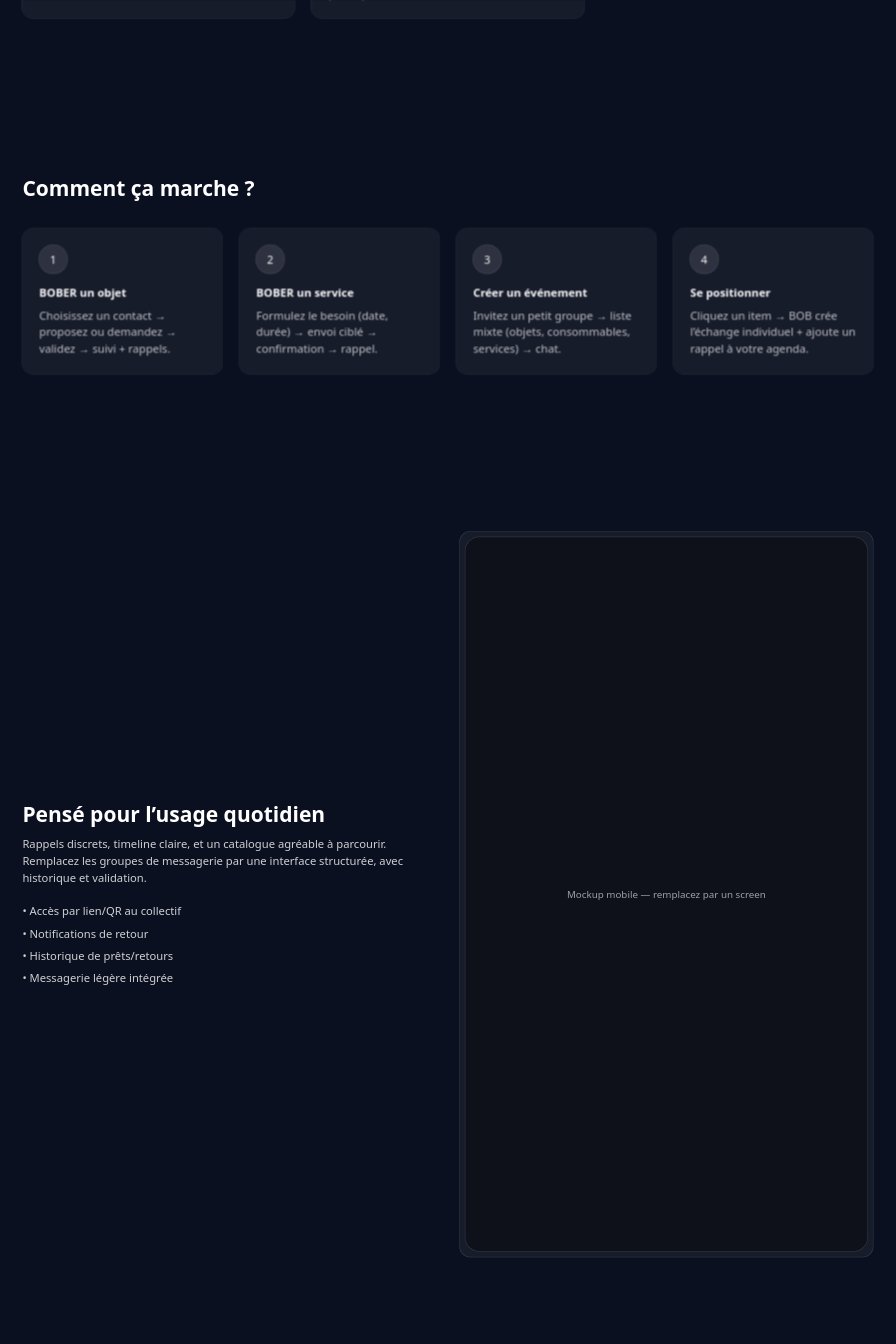
Repository: JeanCharlesMEILLAND/new-bob
Page: /
An editor plug-in stored every save of this project. The page is shown before and after the next save, followed by the edit.
The browser window is 1280 px wide. The pictures show the part of the page from y = 1189 to 3109 px (the page is 4640 px tall before and 5241 px after), at 70% of full size.
The page's requests for data from a server got no answer. The project was rebuilt for these pictures with package versions that can differ from the ones it lists, and the page was loaded fresh each time. The framework's server and built-in components were replaced by stand-ins that run in the browser. No one was signed in, and anything a server would have sent is missing. Also part of the build but not shown: next.config.ts.

Above is the page before, as saved 2025-08-12 01:15:49.

### src/app/layout.tsx
import type { Metadata } from 'next'
import './globals.css'
import { inter, jakarta } from './fonts'
import Navbar from '@/components/Navbar'
import Footer from '@/components/Footer'
import Analytics from '@/components/Analytics'

const name = process.env.NEXT_PUBLIC_SITE_NAME || 'Bob App'
const baseUrl = process.env.NEXT_PUBLIC_SITE_URL || 'https://www.bobapp.fr'

export const metadata: Metadata = {
  metadataBase: new URL(baseUrl),
  title: `${name} — Partagez & empruntez simplement`,
  description:
    'Bob App permet à vos communautés de partager et emprunter des objets en toute simplicité, avec rappels et historique. Faites circuler les objets, pas l’argent.',
  alternates: { canonical: '/' },
  openGraph: {
    title: `${name} — Partagez & empruntez simplement`,
    description:
      'Faites circuler les objets, pas l’argent. Bob App facilite le prêt et l’emprunt au sein de vos collectifs.',
    url: baseUrl,
    siteName: name,
    images: ['/api/og'],
    type: 'website',
  },
  twitter: {
    card: 'summary_large_image',
    title: `${name} — Partagez & empruntez simplement`,
    description: 'Faites circuler les objets, pas l’argent.',
    images: ['/api/og'],
  },
  robots: { index: true, follow: true },
}

export default function RootLayout({ children }: { children: React.ReactNode }) {
  return (
    <html lang="fr" className={`${inter.variable} ${jakarta.variable}`}>
      <body className="min-h-screen bg-[--bg] text-[--fg] antialiased">
        <Navbar />
        <main>{children}</main>
        <Footer />
        <Analytics />
      </body>
    </html>
  )
}

### src/app/page.tsx
import Hero from '@/components/sections/Hero'
import Features from '@/components/sections/Features'
import HowItWorks from '@/components/sections/HowItWorks'
import Showcase from '@/components/sections/Showcase'
import Testimonials from '@/components/sections/Testimonials'
import Pricing from '@/components/sections/Pricing'
import CTA from '@/components/sections/CTA'

export default function Page() {
  return (
    <>
      <Hero />
      <Features />
      <HowItWorks />
      <Showcase />
      <Testimonials />
      <Pricing />
      <CTA />
    </>
  )
}

### src/app/globals.css
@import "tailwindcss";

:root {
  --bg: #0b1020;
  --fg: #ffffff;
}

html, body {
  scroll-behavior: smooth;
  background: var(--bg);
  color: var(--fg);
}

/* === Tokens Tailwind v4 pour tes classes custom === */
@theme {
  /* Colors */
  --color-ink: #0f172a;
  --color-brand-50:  #f3f7ff;
  --color-brand-100: #e8efff;
  --color-brand-200: #cfe0ff;
  --color-brand-300: #a6c2ff;
  --color-brand-400: #7ba1ff;
  --color-brand-500: #4b7bff;
  --color-brand-600: #2f5df3;
  --color-brand-700: #2549c6;
  --color-brand-800: #1f3ca0;
  --color-brand-900: #1e367f;

  /* Radius */
  --radius-xl2: 1.25rem; /* => rounded-xl2 */

  /* Shadows */
  --shadow-glow: 0 0 0 2px rgba(255,255,255,0.08),
                 0 10px 40px rgba(75,123,255,0.25); /* => shadow-glow */
}
.container-gutter {
  @apply mx-auto max-w-7xl px-6 md:px-8;
}

.section {
  @apply py-20 md:py-28;
}

.card {
  @apply rounded-2xl bg-white/5 ring-1 ring-white/10 backdrop-blur;
}

.gradient-text {
  background: linear-gradient(90deg, #4b7bff 0%, #22c55e 100%);
  -webkit-background-clip: text;
  -webkit-text-fill-color: transparent;
  background-clip: text;
  color: transparent;
}

.bg-grid {
  background-image: linear-gradient(to right, rgba(255,255,255,0.06) 1px, transparent 1px),
    linear-gradient(to bottom, rgba(255,255,255,0.06) 1px, transparent 1px);
  background-size: 24px 24px;
}

*:focus-visible {
  outline: 2px solid rgba(75,123,255,0.9);
  outline-offset: 2px;
}

### src/app/fonts.ts
import { Inter, Plus_Jakarta_Sans } from 'next/font/google'

export const inter = Inter({
  subsets: ['latin'],
  variable: '--font-inter',
  display: 'swap',
})

export const jakarta = Plus_Jakarta_Sans({
  subsets: ['latin'],
  variable: '--font-jakarta',
  display: 'swap',
})

### src/components/Navbar.tsx
'use client'

import Link from 'next/link'
import Container from './ui/Container'
import Logo from './Logo'
import Button from './ui/Button'
import { useState, useEffect } from 'react'
import { clsx } from 'clsx'

export default function Navbar() {
  const [scrolled, setScrolled] = useState(false)

  useEffect(() => {
    const onScroll = () => setScrolled(window.scrollY > 20)
    onScroll()
    window.addEventListener('scroll', onScroll)
    return () => window.removeEventListener('scroll', onScroll)
  }, [])

  return (
    <header
      className={clsx(
        'fixed inset-x-0 top-0 z-50 transition-all',
        scrolled ? 'bg-black/50 backdrop-blur ring-1 ring-white/10' : 'bg-transparent'
      )}
    >
      <Container className="flex items-center justify-between py-4">
        <Link href="/" className="flex items-center gap-2" aria-label="Accueil Bob App">
          <Logo />
          <span className="sr-only">Bob App</span>
        </Link>

        <nav aria-label="Navigation principale" className="hidden md:flex items-center gap-6 text-sm text-white/80">
          <a href="#features" className="hover:text-white">Fonctionnalités</a>
          <a href="#how" className="hover:text-white">Comment ça marche</a>
          <a href="#pricing" className="hover:text-white">Tarifs</a>
          <a href="#faq" className="hover:text-white">FAQ</a>
        </nav>

        <div className="flex items-center gap-3">
          <Button href="#waitlist" variant="primary" size="sm" className="hidden md:inline-flex">
            Rejoindre la liste d’attente
          </Button>
        </div>
      </Container>
    </header>
  )
}

### src/components/Footer.tsx
import Container from './ui/Container'

export default function Footer() {
  return (
    <footer className="border-t border-white/10 py-10 text-sm">
      <Container className="flex flex-col md:flex-row items-center justify-between gap-6 text-white/60">
        <p>© {new Date().getFullYear()} Bob App — Tous droits réservés.</p>
        <div className="flex items-center gap-6">
          <a href="/legal/terms" className="hover:text-white/90">CGU</a>
          <a href="/legal/privacy" className="hover:text-white/90">Vie privée</a>
          <a href="mailto:hello@bobapp.fr" className="hover:text-white/90">Contact</a>
        </div>
      </Container>
    </footer>
  )
}

### src/components/Analytics.tsx
'use client'

import Script from 'next/script'

export default function Analytics() {
  const gaId = process.env.NEXT_PUBLIC_GA_ID
  if (!gaId) return null

  return (
    <>
      <Script
        src={`https://www.googletagmanager.com/gtag/js?id=${gaId}`}
        strategy="afterInteractive"
      />
      <Script id="ga" strategy="afterInteractive">
        {`
        window.dataLayer = window.dataLayer || [];
        function gtag(){dataLayer.push(arguments);}
        gtag('js', new Date());
        gtag('config', '${gaId}');
        `}
      </Script>
    </>
  )
}

### src/components/sections/Hero.tsx
// components/sections/Hero.tsx
import Button from '@/components/ui/Button'
import Container from '@/components/ui/Container'

export default function Hero() {
  return (
    <section className="relative section pt-36">
      <div className="absolute inset-0 -z-10 bg-hero-radial bg-no-repeat opacity-70" />
      <div className="absolute inset-0 -z-20 bg-grid opacity-[0.25] [mask-image:radial-gradient(circle at center,black,transparent_70%)]" />
      <Container className="text-center">
        <div className="inline-flex items-center gap-2 rounded-full border border-white/10 bg-white/5 px-3 py-1 text-xs text-white/80">
          Échanges privés entre proches — objets & services
        </div>
        <h1 className="mt-6 text-5xl font-extrabold tracking-tight sm:text-6xl">
          BOBER&nbsp;: <span className="gradient-text">proposer</span> ou <span className="gradient-text">demander</span> en privé.
        </h1>
        <p className="mx-auto mt-6 max-w-2xl text-lg text-white/80">
          Gérez vos prêts d’<strong className="text-white">objets</strong>, vos <strong className="text-white">coups de main</strong> et vos <strong className="text-white">événements</strong> en cercle rapproché.
          Invitations ciblées, messagerie intégrée, rappels automatiques, historique clair.
        </p>
        <div className="mt-8 flex flex-wrap items-center justify-center gap-3">
          <Button href="#waitlist" variant="primary" size="lg">Essayer BOB</Button>
          <Button href="#features" variant="ghost" size="lg" className="underline-offset-4">Voir comment ça marche</Button>
        </div>
      </Container>
    </section>
  )
}

### src/components/sections/Features.tsx
// components/sections/Features.tsx
import Container from '@/components/ui/Container'

const FEATURES = [
  { title: 'BOBER des objets', desc: 'Proposer ou demander un objet à une personne précise. Historique automatique.' },
  { title: 'BOBER des services', desc: 'Proposer son aide (bricolage, jardinage…) ou demander un coup de main ciblé.' },
  { title: 'Événements privés', desc: 'Liste mixte : objets à utiliser/à rendre, consommables à apporter, services ponctuels.' },
  { title: 'Invitations ciblées', desc: 'Invitez 5, 10 ou 20 contacts. Positionnement en un clic : chacun prend un item.' },
  { title: 'Messagerie intégrée', desc: 'Conversation 1-to-1 et chat d’événement pour coordonner rapidement.' },
  { title: 'Rappels & suivi', desc: 'Rappels automatiques bidirectionnels, agenda, historique des échanges.' },
  { title: '100% privé', desc: 'Pas de catalogue public. Vos échanges restent entre vos contacts.' },
  { title: 'Bobies (optionnel)', desc: 'Points d’entraide pour encourager la participation — sans valeur monétaire.' },
]

export default function Features() {
  return (
    <section id="features" className="section">
      <Container>
        <h2 className="text-3xl font-bold">Fonctionnalités clés</h2>
        <p className="mt-3 max-w-2xl text-white/80">BOB structure les échanges privés et l’organisation d’événements entre proches.</p>

        <div className="mt-10 grid grid-cols-1 gap-6 md:grid-cols-2 lg:grid-cols-3">
          {FEATURES.map((f) => (
            <div key={f.title} className="card p-6 hover:shadow-glow transition-shadow">
              <h3 className="text-lg font-semibold">{f.title}</h3>
              <p className="mt-2 text-white/75">{f.desc}</p>
            </div>
          ))}
        </div>
      </Container>
    </section>
  )
}

### src/components/sections/HowItWorks.tsx
// components/sections/HowItWorks.tsx
import Container from '@/components/ui/Container'

const STEPS = [
  { title: 'BOBER un objet', desc: 'Choisissez un contact → proposez ou demandez → validez → suivi + rappels.' },
  { title: 'BOBER un service', desc: 'Formulez le besoin (date, durée) → envoi ciblé → confirmation → rappel.' },
  { title: 'Créer un événement', desc: 'Invitez un petit groupe → liste mixte (objets, consommables, services) → chat.' },
  { title: 'Se positionner', desc: 'Cliquez un item → BOB crée l’échange individuel + ajoute un rappel à votre agenda.' },
]

export default function HowItWorks() {
  return (
    <section id="how" className="section">
      <Container>
        <h2 className="text-3xl font-bold">Comment ça marche ?</h2>
        <div className="mt-10 grid gap-6 md:grid-cols-4">
          {STEPS.map((s, i) => (
            <div key={s.title} className="card p-6">
              <div className="flex h-10 w-10 items-center justify-center rounded-full bg-white/10 ring-1 ring-white/20">{i+1}</div>
              <h3 className="mt-4 font-semibold">{s.title}</h3>
              <p className="mt-2 text-white/75">{s.desc}</p>
            </div>
          ))}
        </div>
      </Container>
    </section>
  )
}

### src/components/sections/Showcase.tsx
import Container from '../ui/Container'

export default function Showcase() {
  return (
    <section className="section">
      <Container>
        <div className="grid items-center gap-8 md:grid-cols-2">
          <div>
            <h2 className="text-3xl font-bold">Pensé pour l’usage quotidien</h2>
            <p className="mt-3 text-white/80">
              Rappels discrets, timeline claire, et un catalogue agréable à parcourir.
              Remplacez les groupes de messagerie par une interface structurée, avec historique et validation.
            </p>
            <ul className="mt-6 space-y-2 text-white/80">
              <li>• Accès par lien/QR au collectif</li>
              <li>• Notifications de retour</li>
              <li>• Historique de prêts/retours</li>
              <li>• Messagerie légère intégrée</li>
            </ul>
          </div>
          <div className="rounded-2xl border border-white/10 bg-white/5 p-2">
            <div className="aspect-[9/16] w-full rounded-xl2 bg-black/40 ring-1 ring-white/10 flex items-center justify-center text-white/60">
              <span className="text-sm">Mockup mobile — remplacez par un screen</span>
            </div>
          </div>
        </div>
      </Container>
    </section>
  )
}

### src/components/sections/Testimonials.tsx
import Container from '../ui/Container'

const TESTIMONIALS = [
  {
    name: 'Sarah, présidente d’asso',
    text: 'On a évité l’achat de matériel en doublon. L’interface est simple et tout le monde s’y retrouve.',
  },
  {
    name: 'Karim, voisinage',
    text: 'On se prête outillage et jeux pour les enfants. Les rappels évitent les oublis.',
  },
  {
    name: 'Élodie, RH',
    text: 'Parfait pour animer un collectif interne sur plusieurs sites. Traçabilité légère mais suffisante.',
  },
]

export default function Testimonials() {
  return (
    <section className="section">
      <Container>
        <h2 className="text-3xl font-bold">Ils en parlent</h2>
        <div className="mt-8 grid gap-6 md:grid-cols-3">
          {TESTIMONIALS.map((t) => (
            <figure key={t.name} className="card p-6">
              <blockquote className="text-white/90">&ldquo;{t.text}&rdquo;</blockquote>
              <figcaption className="mt-4 text-white/60">— {t.name}</figcaption>
            </figure>
          ))}
        </div>
      </Container>
    </section>
  )
}

### src/components/sections/Pricing.tsx
import Container from '../ui/Container'
import Button from '../ui/Button'

export default function Pricing() {
  return (
    <section id="pricing" className="section">
      <Container>
        <h2 className="text-3xl font-bold">Tarifs simples</h2>
        <p className="mt-3 max-w-2xl text-white/80">Démarrez gratuitement. Montez en puissance avec votre collectif.</p>

        <div className="mt-10 grid gap-6 md:grid-cols-3">
          <div className="card p-6">
            <h3 className="text-xl font-bold">Gratuit</h3>
            <p className="mt-1 text-white/70">Pour tester en petit comité</p>
            <ul className="mt-4 space-y-2 text-white/80">
              <li>• Jusqu’à 20 membres</li>
              <li>• 50 objets</li>
              <li>• Rappels & historique</li>
            </ul>
            <Button href="#waitlist" variant="secondary" size="md" className="mt-6 w-full">
              Démarrer
            </Button>
          </div>

          <div className="card p-6 ring-2 ring-brand-500">
            <h3 className="text-xl font-bold">Communauté</h3>
            <p className="mt-1 text-white/70">Pour une asso ou un quartier</p>
            <ul className="mt-4 space-y-2 text-white/80">
              <li>• Jusqu’à 200 membres</li>
              <li>• Illimité objets</li>
              <li>• Messagerie + “Bobies”</li>
            </ul>
            <Button href="#waitlist" variant="primary" size="md" className="mt-6 w-full">
              Rejoindre
            </Button>
          </div>

          <div className="card p-6">
            <h3 className="text-xl font-bold">Entreprise</h3>
            <p className="mt-1 text-white/70">Pour équipes & sites multiples</p>
            <ul className="mt-4 space-y-2 text-white/80">
              <li>• Membres illimités</li>
              <li>• Admin & SSO</li>
              <li>• SLA & support</li>
            </ul>
            <Button href="#waitlist" variant="ghost" size="md" className="mt-6 w-full">
              Contacter
            </Button>
          </div>
        </div>
      </Container>
    </section>
  )
}

### src/components/sections/CTA.tsx
'use client'

import { useState } from 'react'
import Container from '../ui/Container'
import Button from '../ui/Button'

export default function CTA() {
  const [email, setEmail] = useState('')
  const [status, setStatus] = useState<'idle' | 'loading' | 'ok' | 'err'>('idle')

  async function join(e: React.FormEvent) {
    e.preventDefault()
    setStatus('loading')
    try {
      const res = await fetch('/api/waitlist', {
        method: 'POST',
        headers: { 'Content-Type': 'application/json' },
        body: JSON.stringify({ email }),
      })
      if (!res.ok) throw new Error('HTTP ' + res.status)
      setStatus('ok')
      setEmail('')
    } catch {
      setStatus('err')
    }
  }

  return (
    <section id="waitlist" className="section">
      <Container className="text-center">
        <h2 className="text-3xl font-bold">Rejoignez la liste d’attente</h2>
        <p className="mt-3 text-white/80">
          Soyez les premiers informés du lancement, recevez des accès anticipés et des bonus de démarrage.
        </p>
        <form onSubmit={join} className="mx-auto mt-8 flex max-w-md items-center gap-2">
          <label className="sr-only" htmlFor="email">Adresse email</label>
          <input
            id="email"
            required
            type="email"
            placeholder="votre@email.fr"
            value={email}
            onChange={(e) => setEmail(e.target.value)}
            className="w-full rounded-xl2 border border-white/10 bg-white/10 px-4 py-3 text-white placeholder-white/50 focus:outline-none"
          />
          <Button type="submit" variant="primary" size="md" className="whitespace-nowrap">
            {status === 'loading' ? 'Envoi…' : status === 'ok' ? 'Inscrit ✔︎' : 'S’inscrire'}
          </Button>
        </form>
        {status === 'err' && <p className="mt-2 text-red-300">Oups, une erreur est survenue. Réessayez.</p>}
      </Container>
    </section>
  )
}

### src/components/ui/Container.tsx
import { clsx } from 'clsx'

export default function Container({
  children,
  className
}: {
  children: React.ReactNode
  className?: string
}) {
  return <div className={clsx('container-gutter', className)}>{children}</div>
}

### src/components/Logo.tsx
export default function Logo({ className = 'h-7 w-auto' }: { className?: string }) {
  return (
    <svg className={className} viewBox="0 0 48 48" fill="none" aria-label="Bob App logo">
      <rect x="2" y="2" width="44" height="44" rx="12" fill="url(#g)" />
      <path d="M14 32c0-5 4-9 9-9s9 4 9 9" stroke="white" strokeWidth="3" strokeLinecap="round" />
      <circle cx="19" cy="19" r="2.5" fill="white" />
      <circle cx="29" cy="19" r="2.5" fill="white" />
      <defs>
        <linearGradient id="g" x1="2" y1="2" x2="46" y2="46">
          <stop stopColor="#4b7bff" />
          <stop offset="1" stopColor="#22c55e" />
        </linearGradient>
      </defs>
    </svg>
  )
}

### src/components/ui/Button.tsx
import { clsx } from 'clsx'
import Link from 'next/link'

type Variant = 'primary' | 'secondary' | 'ghost'
type Size = 'sm' | 'md' | 'lg'

type Props = {
  href?: string
  children: React.ReactNode
  onClick?: () => void
  className?: string
  type?: 'button' | 'submit' | 'reset'
  ariaLabel?: string
  variant?: Variant
  size?: Size
}

/* Base commune */
const baseClasses =
  'inline-flex items-center justify-center rounded-xl2 px-5 py-3 text-sm font-semibold transition-transform active:scale-[0.99] focus:outline-none focus-visible:ring-2 focus-visible:ring-brand-500'

/* Variantes de style (tokens @theme) */
const variantClasses: Record<Variant, string> = {
  primary:  'bg-brand-500 text-white hover:bg-brand-600 ring-1 ring-brand-400 shadow-glow',
  secondary:'bg-brand-100 text-brand-800 hover:bg-brand-200 ring-1 ring-brand-300',
  ghost:    'bg-transparent text-brand-500 hover:bg-brand-50 ring-1 ring-brand-200',
}

/* Tailles */
const sizeClasses: Record<Size, string> = {
  sm: 'px-3 py-2 text-xs',
  md: 'px-5 py-3 text-sm',
  lg: 'px-6 py-3.5 text-base',
}

export default function Button({
  href,
  children,
  onClick,
  className,
  type = 'button',
  ariaLabel,
  variant = 'primary',
  size = 'md',
}: Props) {
  const classes = clsx(baseClasses, variantClasses[variant], sizeClasses[size], className)

  if (href) {
    return (
      <Link href={href} aria-label={ariaLabel} className={classes}>
        {children}
      </Link>
    )
  }

  return (
    <button type={type} onClick={onClick} aria-label={ariaLabel} className={classes}>
      {children}
    </button>
  )
}

### src/components/sections/Events.tsx
// components/sections/Events.tsx
import Container from '@/components/ui/Container'

export default function Events() {
  return (
    <section className="section">
      <Container>
        <div className="grid items-start gap-8 lg:grid-cols-2">
          <div>
            <h2 className="text-3xl font-bold">Événements privés avec liste mixte</h2>
            <p className="mt-3 text-white/80">
              Créez une liste combinant <strong className="text-white">objets à utiliser (à rendre)</strong>,
              <strong className="text-white"> consommables à apporter</strong> et
              <strong className="text-white"> services ponctuels</strong>. Invitez un petit groupe. Chacun se positionne en un clic.
            </p>
            <ul className="mt-6 space-y-2 text-white/80">
              <li>• Invitations ciblées (5, 10, 20 contacts)</li>
              <li>• Chat collectif d’événement</li>
              <li>• Positionnement en un clic → échange individuel auto-créé</li>
              <li>• Ajout dans l’agenda + rappels automatiques bidirectionnels</li>
            </ul>
          </div>
          <div className="rounded-2xl border border-white/10 bg-white/5 p-2">
            <div className="aspect-[16/10] w-full rounded-xl2 bg-black/40 ring-1 ring-white/10 flex items-center justify-center text-white/60">
              <span className="text-sm">Mockup liste mixte (objets • consommables • services)</span>
            </div>
          </div>
        </div>
      </Container>
    </section>
  )
}

After the next save:
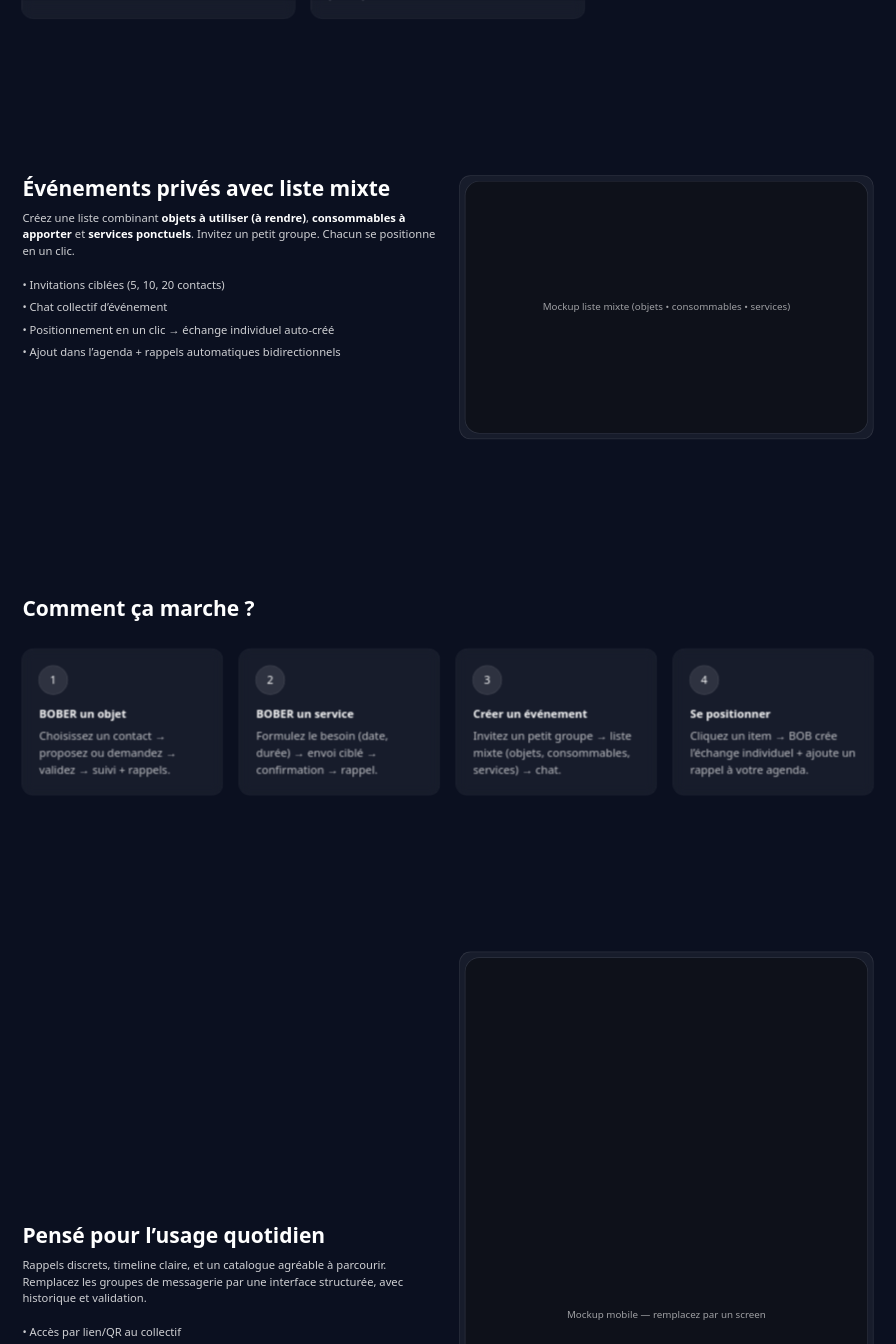
Saved 38 s later.
--- a/src/app/page.tsx
+++ b/src/app/page.tsx
@@ -5,12 +5,14 @@
 import Testimonials from '@/components/sections/Testimonials'
 import Pricing from '@/components/sections/Pricing'
 import CTA from '@/components/sections/CTA'
+import Events from '@/components/sections/Events'
 
 export default function Page() {
   return (
     <>
       <Hero />
       <Features />
+      <Events />
       <HowItWorks />
       <Showcase />
       <Testimonials />
